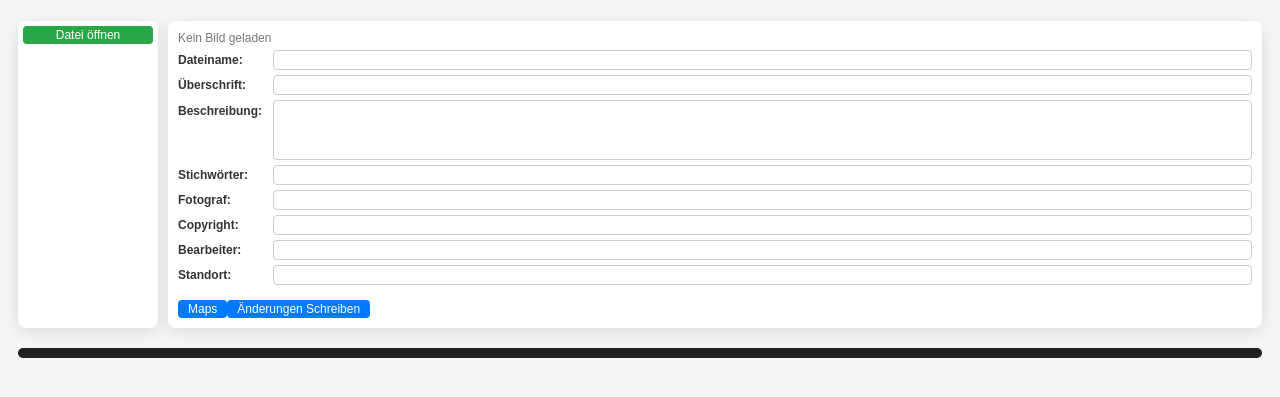
Repository: h-fahle/metadata
Page: ui/index.html
An editor plug-in stored every save of this project. The page is shown before and after the next save, followed by the edit.
The browser window is 1280 px wide. The pictures show the whole page.

Above is the page before, as saved 2026-08-18 11:31:36.

After the next save:
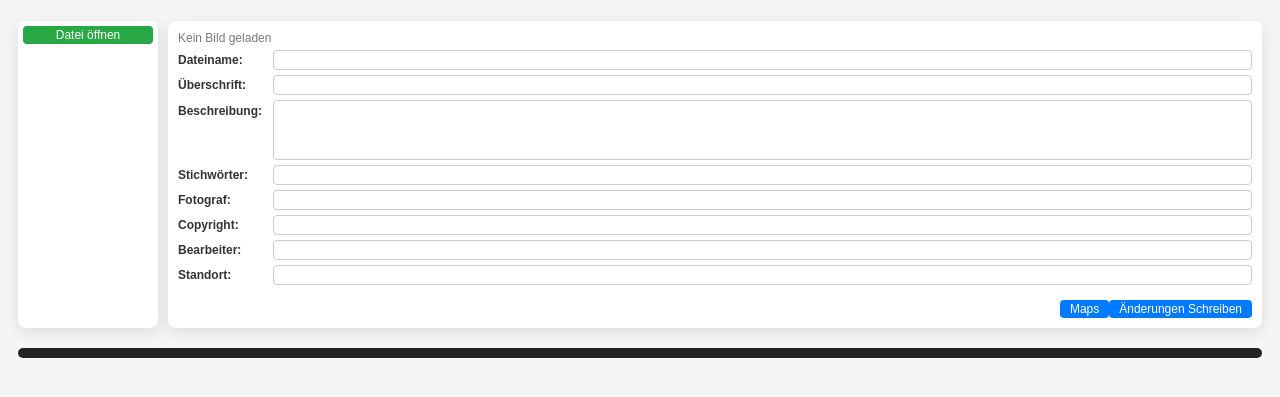
Saved 101 s later.
--- a/ui/index.html
+++ b/ui/index.html
@@ -95,7 +95,7 @@ Ermitteln der Koordinaten in der Google Maps-Karte:
 			</div>
 
 			<!-- Button-Leiste -->
-			<div style="text-align: right; margin-top: 15px;">
+			<div class="button-group" style="text-align: right; margin-top: 15px;">
 				<button type="button" onclick="zeigeMaps(event)" style="background: #007BFF;">Maps</button>
 				<button type="button" onclick="exifSchreiben(event)" style="background: #007BFF;">Änderungen Schreiben</button>
 			</div>
